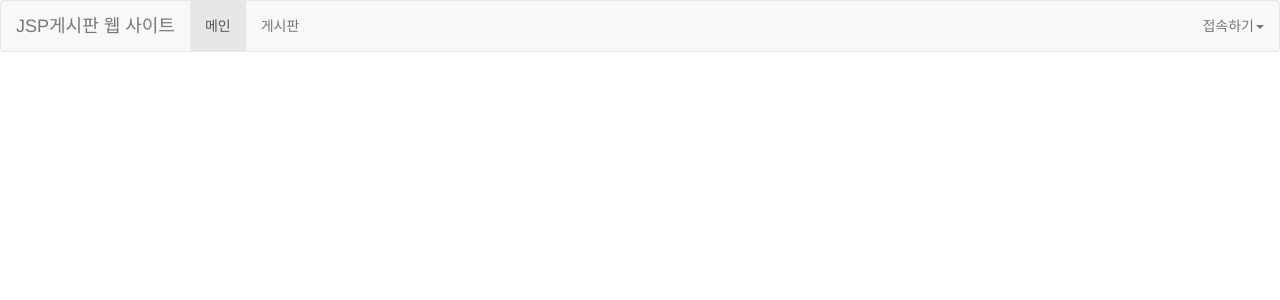
Repository: endol007/TripPuzzle
Page: http://localhost/BBS/main.jsp
An editor plug-in stored every save of this project. The page is shown before and after the next save, followed by the edit.
The browser window is 1280 px wide. The pictures show the whole page.
Some web libraries are served in a nearby version. The page is served by Tomcat 9. Other server files are loaded and not shown.

Above is the page before, as saved 2019-08-21 09:12:13.

### Yun/JSP 커뮤니티/Project/BBS/WebContent/main.jsp
<%@ page language="java"
contentType="text/html; charset=UTF-8" pageEncoding="UTF-8"%>
<%@ page import="java.io.PrintWriter" %>
<!DOCTYPE html>
<html>
<head>
<meta charset="UTF-8">
<meta name="viewport" content="width=device-width", initial-scale="1">
<link rel="stylesheet" href="css/bootstrap.css">
<title>로그인</title>
</head>
<body>
<%
String userID = null;
if(session.getAttribute("userID")!=null){
	userID = (String) session.getAttribute("userID");
}

%>
<nav class="navbar navbar-default">
<div class="navbar-header">
<button type="button" class="navbar-toggle collapsed"
data-toggle="collapse" data-target="#bs-example-navbar-collapse-1"
aria-expanded="false">
<span class="icon-bar"></span>
<span class="icon-bar"></span>
<span class="icon-bar"></span>
</button>
<a class="navbar-brand" href="main.jsp">JSP게시판 웹 사이트</a>
</div>
<div class="collapse navbar-collapse" id="bs-example-navbar-collapse-1">
<ul class="nav navbar-nav">
<li class="active"><a href="main.jsp">메인</a></li>
<li><a href="bbs.jsp">게시판</a></li>
</ul>
<%
	if(userID==null){
		%>
		<ul class="nav navbar-nav navbar-right">
<li class="dropdown">
<a href="#" class="dropdown-toggle"
data-toggle="dropdown" role="button" aria-haspopup="true"
aria-expanded="false">접속하기<span class="caret"></span></a>
<ul class="dropdown-menu">
<li><a href="login.jsp">로그인</a></li>
<li><a href="join.jsp">회원가입</a></li>
</ul>
</li></ul>
		<%
	} else{
		%>
		<ul class="nav navbar-nav navbar-right">
<li class="dropdown">
<a href="#" class="dropdown-toggle"
data-toggle="dropdown" role="button" aria-haspopup="true"
aria-expanded="false">회원관리<span class="caret"></span></a>
<ul class="dropdown-menu">
<li><a href="logoutAction.jsp">로그아웃</a></li>
</ul>
</li></ul>
		<%
	}
%>

</div>
</nav>
<script src="http://code.jquery.com/jquery-3.1.1.min.js"></script>
<script src=js/bootstrap.js></script>

</body>
</html>

Loaded but not shown: Yun/JSP 커뮤니티/Project/BBS/WebContent/css/bootstrap.css (library); Yun/JSP 커뮤니티/Project/BBS/WebContent/js/bootstrap.js (library)

After the next save:
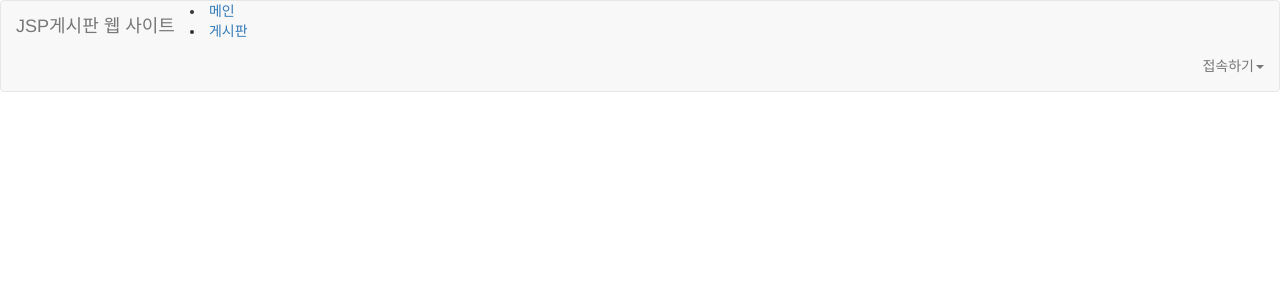
Saved 92 s later.
--- a/Yun/JSP 커뮤니티/Project/BBS/WebContent/main.jsp
+++ b/Yun/JSP 커뮤니티/Project/BBS/WebContent/main.jsp
@@ -28,10 +28,10 @@
 </button>
 <a class="navbar-brand" href="main.jsp">JSP게시판 웹 사이트</a>
 </div>
+<li class="active"><a href="main.jsp">메인</a></li>
+<li><a href="bbs.jsp">게시판</a></li>
 <div class="collapse navbar-collapse" id="bs-example-navbar-collapse-1">
 <ul class="nav navbar-nav">
-<li class="active"><a href="main.jsp">메인</a></li>
-<li><a href="bbs.jsp">게시판</a></li>
 </ul>
 <%
 	if(userID==null){
